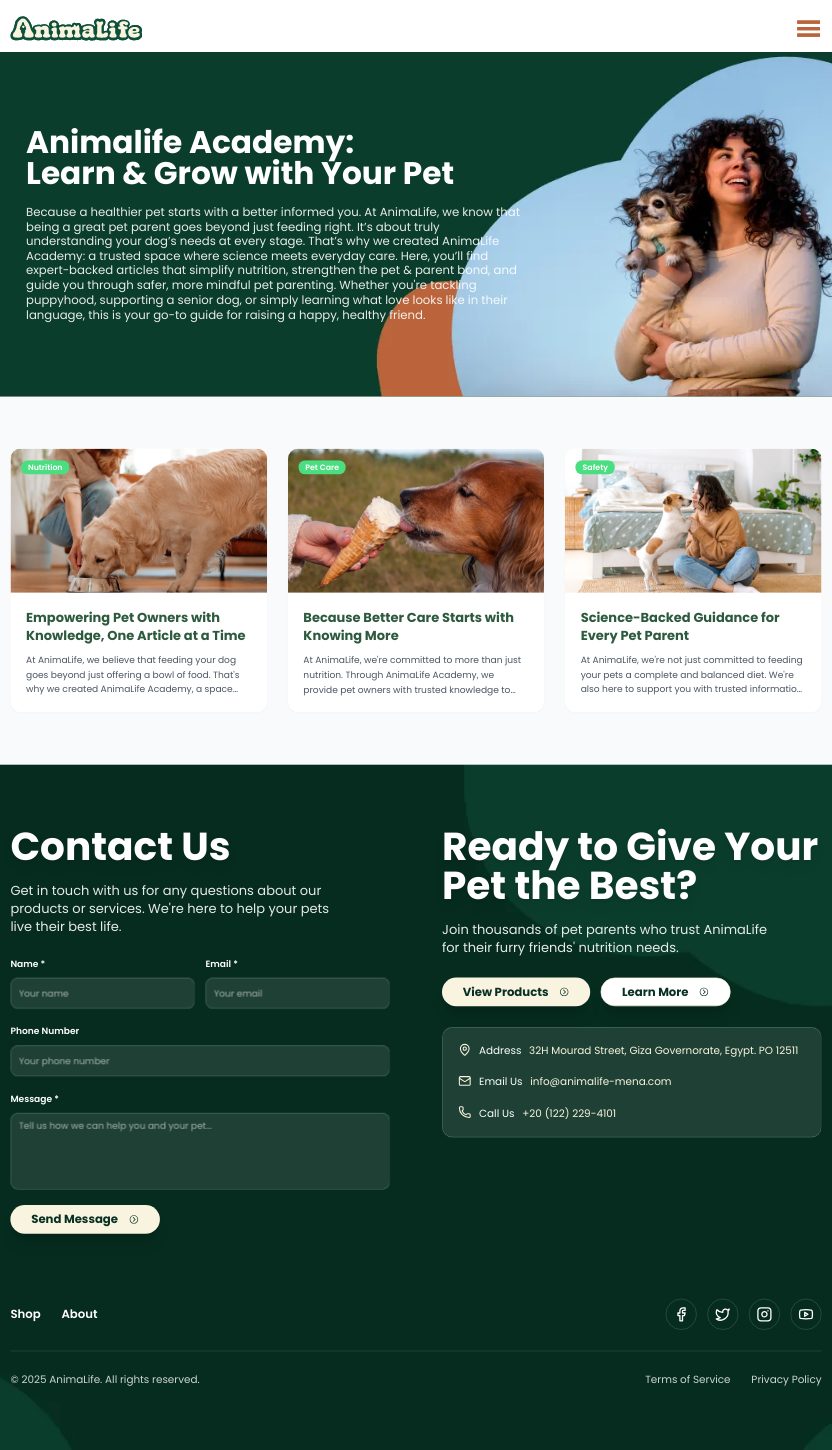
Repository: the-jupiteragency/animalife
Page: /academy
The author's editor kept a copy of each file at every save. The page is drawn from the files as they stood at one save, then again after the next save.
The browser window is 1280 px wide. The pictures show the whole page, at 65% of full size.
The project was rebuilt for these pictures with package versions that can differ from the ones it lists, and the page was loaded fresh each time. The framework's server and built-in components were replaced by stand-ins that run in the browser. Also part of the build but not shown: next.config.mjs.

Above is the page before, as saved 2025-08-05 09:36:42.

After the next save:
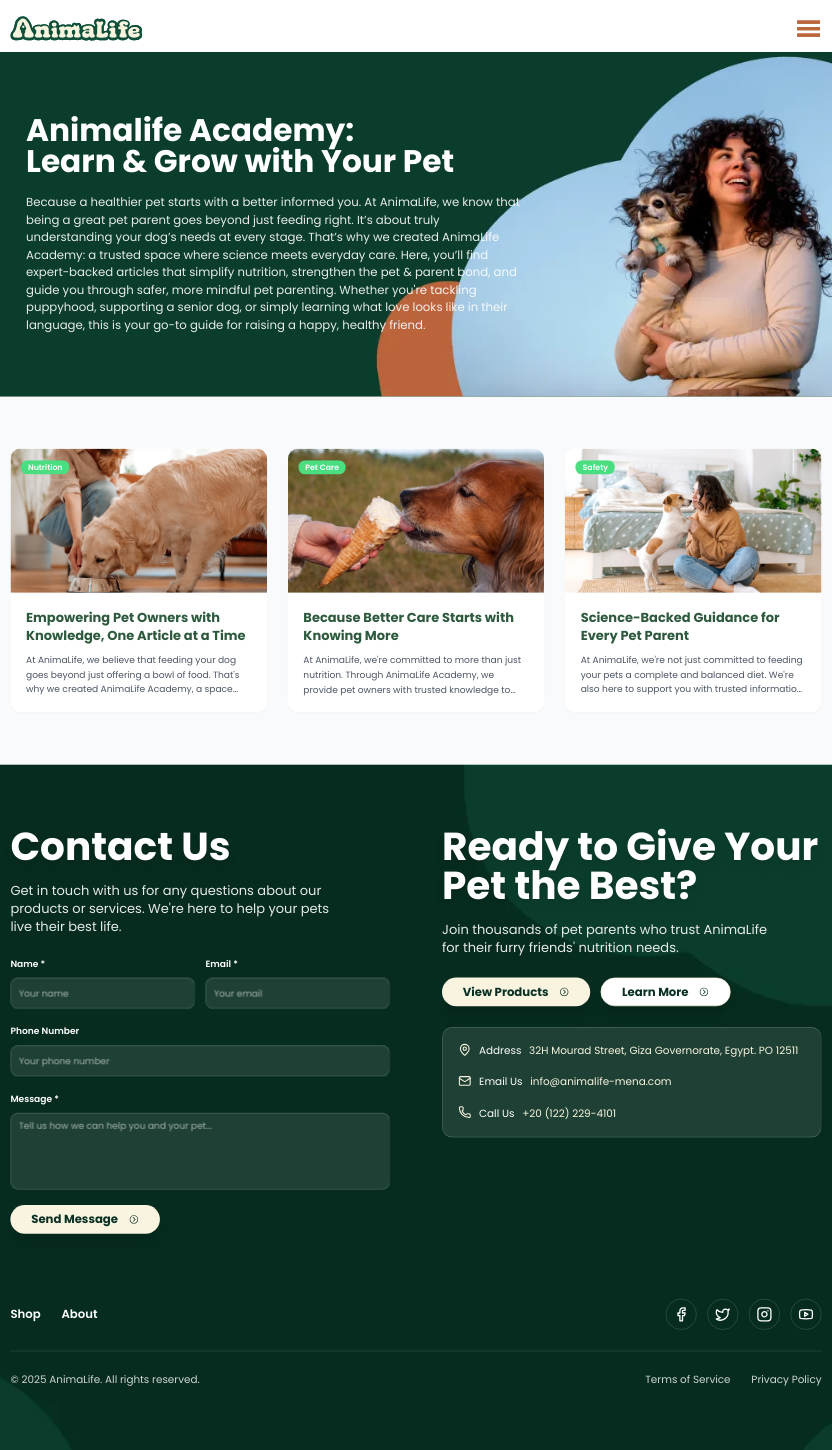
Saved 7 s later.
--- a/app/academy/page.tsx
+++ b/app/academy/page.tsx
@@ -35,7 +35,7 @@
                 <br />
                 Learn & Grow with Your Pet
               </h1>
-              <p className="text-lg text-white/90 leading-tight">
+              <p className="text-lg text-white/90 leading-normal">
                 Because a healthier pet starts with a better informed you. At
                 AnimaLife, we know that being a great pet parent goes beyond
                 just feeding right. It’s about truly understanding your dog’s
